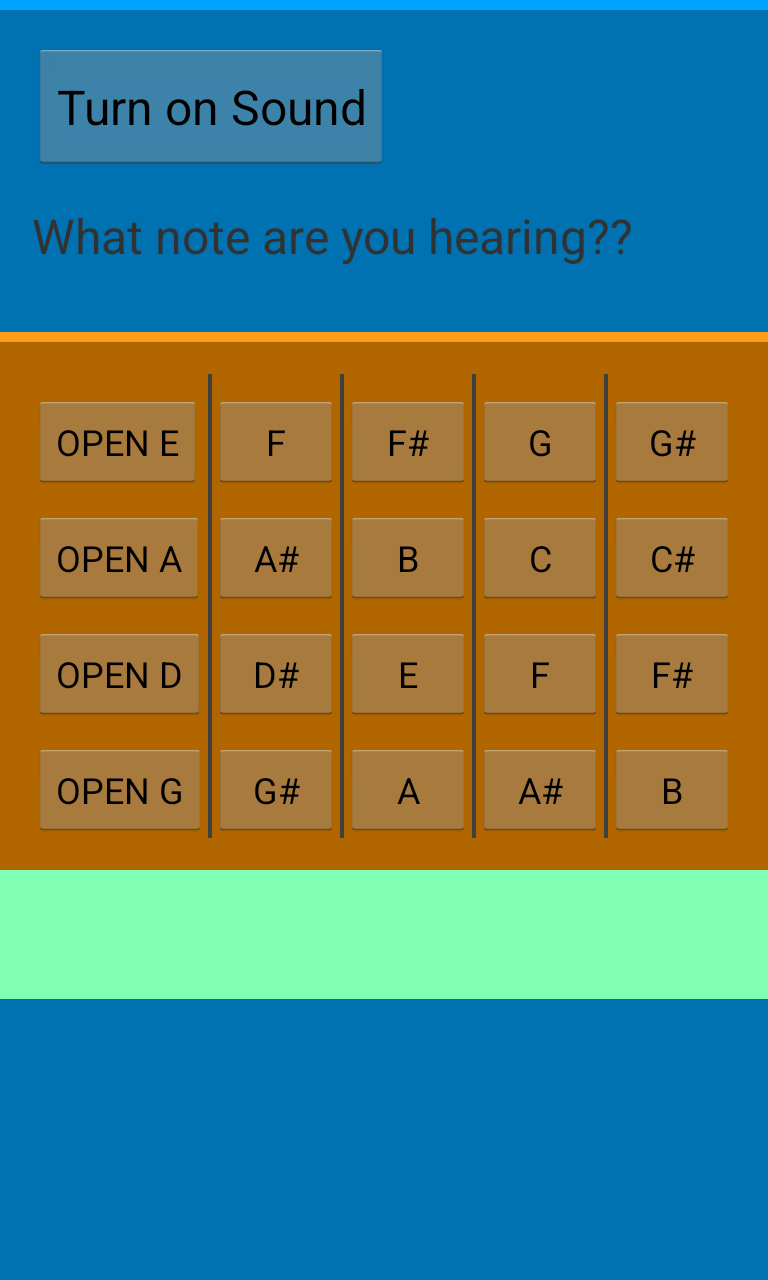
Repository: elliott-ribner/android-guitar-trainer
Layout: randomnotegenerator/res/layout/activity_main.xml
The author's editor kept a copy of each file at every save. The layout is drawn from the files as they stood at one save, then again after the next save.
It is drawn on a 768 x 1280 px phone screen (xhdpi) without system bars, with theme AppTheme; the app's code is not run.

Above is the layout before, as saved 2014-06-09 01:00:01.

### randomnotegenerator/res/layout/activity_main.xml
<LinearLayout xmlns:android="http://schemas.android.com/apk/res/android"
    xmlns:tools="http://schemas.android.com/tools"
    android:layout_width="match_parent"
    android:layout_height="match_parent"
    android:background="#0072B2"
    android:orientation="vertical"
    tools:context="com.elliott.randomnotegenerator.MainActivity$PlaceholderFragment" >

    <LinearLayout
        android:layout_width="fill_parent"
        android:layout_height="5dip"
        android:background="#00A3FF"

        android:paddingBottom="@dimen/activity_vertical_margin"
        android:paddingLeft="@dimen/activity_horizontal_margin"
        android:paddingRight="@dimen/activity_horizontal_margin"
        android:paddingTop="@dimen/activity_vertical_margin" />
    <LinearLayout
        android:layout_width="fill_parent"
        android:layout_height="wrap_content"

        android:orientation="vertical"
        android:paddingBottom="@dimen/activity_vertical_margin"
        android:paddingLeft="@dimen/activity_horizontal_margin"
        android:paddingRight="@dimen/activity_horizontal_margin"
        android:paddingTop="@dimen/activity_vertical_margin" >

        <Button
            android:id="@+id/ButtonPlay"
            android:layout_width="wrap_content"
            android:layout_height="wrap_content"
            android:paddingBottom="@dimen/activity_vertical_margin"
            android:paddingTop="@dimen/activity_vertical_margin"
            android:text="@string/play"
            android:textSize="24sp" />

        <TextView
            android:id="@+id/promptBox"
            android:layout_width="wrap_content"
            android:layout_height="wrap_content"
            android:paddingBottom="@dimen/activity_vertical_margin"
            android:paddingTop="@dimen/activity_vertical_margin"
            android:text="@string/prompt"
            android:textSize="24sp" />
    </LinearLayout>
<LinearLayout
        android:layout_width="fill_parent"
        android:layout_height="5dip"
        android:background="#FF9C19"

        android:paddingBottom="@dimen/activity_vertical_margin"
        android:paddingLeft="@dimen/activity_horizontal_margin"
        android:paddingRight="@dimen/activity_horizontal_margin"
        android:paddingTop="@dimen/activity_vertical_margin" />

        <LinearLayout
            android:layout_width="fill_parent"
            android:layout_height="wrap_content"
             android:background="#B26600"
            android:orientation="horizontal"
            android:paddingBottom="@dimen/activity_vertical_margin"
        android:paddingLeft="@dimen/activity_horizontal_margin"
        android:paddingRight="@dimen/activity_horizontal_margin"
        android:paddingTop="@dimen/activity_vertical_margin"  >

            <LinearLayout
                android:layout_width="wrap_content"
                android:layout_height="wrap_content"
                android:orientation="vertical" >

                <Button
                    android:id="@+id/ButtonEL"
                    android:layout_width="wrap_content"
                    android:layout_height="wrap_content"
                    android:layout_marginTop="10dp"
                    android:text="@string/el" />

                <Button
                    android:id="@+id/ButtonAL"
                    android:layout_width="wrap_content"
                    android:layout_height="wrap_content"
                    android:layout_marginTop="10dp"
                    android:text="@string/al" />

                <Button
                    android:id="@+id/ButtonD"
                    android:layout_width="wrap_content"
                    android:layout_height="wrap_content"
                    android:layout_marginTop="10dp"
                    android:text="@string/d" />

                <Button
                    android:id="@+id/ButtonG"
                    android:layout_width="wrap_content"
                    android:layout_height="wrap_content"
                    android:layout_marginTop="10dp"
                    android:text="@string/g" />
            </LinearLayout>

            <View
                android:layout_width="2dip"
                android:layout_height="fill_parent"
                android:background="#404040" />

            <LinearLayout
                android:layout_width="wrap_content"
                android:layout_height="wrap_content"
                android:orientation="vertical" >

                <Button
                    android:id="@+id/ButtonFL"
                    android:layout_width="wrap_content"
                    android:layout_height="wrap_content"
                    android:layout_marginTop="10dp"
                    android:text="@string/fl" />

                <Button
                    android:id="@+id/ButtonASL"
                    android:layout_width="wrap_content"
                    android:layout_height="wrap_content"
                    android:layout_marginTop="10dp"
                    android:text="@string/asl" />

                <Button
                    android:id="@+id/ButtonDS"
                    android:layout_width="wrap_content"
                    android:layout_height="wrap_content"
                    android:layout_marginTop="10dp"
                    android:text="@string/ds" />

                <Button
                    android:id="@+id/ButtonGS"
                    android:layout_width="wrap_content"
                    android:layout_height="wrap_content"
                    android:layout_marginTop="10dp"
                    android:text="@string/gs" />
            </LinearLayout>

            <View
                android:layout_width="2dip"
                android:layout_height="fill_parent"
                android:background="#404040" />

            <LinearLayout
                android:layout_width="wrap_content"
                android:layout_height="wrap_content"
                android:orientation="vertical" >

                <Button
                    android:id="@+id/ButtonFSL"
                    android:layout_width="wrap_content"
                    android:layout_height="wrap_content"
                    android:layout_marginTop="10dp"
                    android:text="@string/fsl" />

                <Button
                    android:id="@+id/ButtonBL"
                    android:layout_width="wrap_content"
                    android:layout_height="wrap_content"
                    android:layout_marginTop="10dp"
                    android:text="@string/bl" />

                <Button
                    android:id="@+id/ButtonE"
                    android:layout_width="wrap_content"
                    android:layout_height="wrap_content"
                    android:layout_marginTop="10dp"
                    android:text="@string/e" />

                <Button
                    android:id="@+id/ButtonA"
                    android:layout_width="wrap_content"
                    android:layout_height="wrap_content"
                    android:layout_marginTop="10dp"
                    android:text="@string/a" />
            </LinearLayout>

            <View
                android:layout_width="2dip"
                android:layout_height="fill_parent"
                android:background="#404040" />

            <LinearLayout
                android:layout_width="wrap_content"
                android:layout_height="wrap_content"
                android:orientation="vertical" >

                <Button
                    android:id="@+id/ButtonGL"
                    android:layout_width="wrap_content"
                    android:layout_height="wrap_content"
                    android:layout_marginTop="10dp"
                    android:text="@string/gl" />

                <Button
                    android:id="@+id/ButtonC"
                    android:layout_width="wrap_content"
                    android:layout_height="wrap_content"
                    android:layout_marginTop="10dp"
                    android:text="@string/c" />

                <Button
                    android:id="@+id/ButtonF"
                    android:layout_width="wrap_content"
                    android:layout_height="wrap_content"
                    android:layout_marginTop="10dp"
                    android:text="@string/f" />

                <Button
                    android:id="@+id/ButtonAS"
                    android:layout_width="wrap_content"
                    android:layout_height="wrap_content"
                    android:layout_marginTop="10dp"
                    android:text="@string/as" />
            </LinearLayout>

            <View
                android:layout_width="2dip"
                android:layout_height="fill_parent"
                android:background="#404040" />

            <LinearLayout
                android:layout_width="wrap_content"
                android:layout_height="wrap_content"
                android:orientation="vertical" >

                <Button
                    android:id="@+id/ButtonGSL"
                    android:layout_width="wrap_content"
                    android:layout_height="wrap_content"
                    android:layout_marginTop="10dp"
                    android:text="@string/gsl" />

                <Button
                    android:id="@+id/ButtonCS"
                    android:layout_width="wrap_content"
                    android:layout_height="wrap_content"
                    android:layout_marginTop="10dp"
                    android:text="@string/cs" />

                <Button
                    android:id="@+id/ButtonFS"
                    android:layout_width="wrap_content"
                    android:layout_height="wrap_content"
                    android:layout_marginTop="10dp"
                    android:text="@string/fs" />

                <Button
                    android:id="@+id/ButtonB"
                    android:layout_width="wrap_content"
                    android:layout_height="wrap_content"
                    android:layout_marginTop="10dp"
                    android:text="@string/b" />
            </LinearLayout>

        </LinearLayout>





         <LinearLayout
        android:layout_width="fill_parent"
        android:layout_height="wrap_content"
        android:orientation="vertical"
        android:background="#80FFB3"
        android:paddingBottom="@dimen/activity_vertical_margin"
        android:paddingLeft="@dimen/activity_horizontal_margin"
        android:paddingRight="@dimen/activity_horizontal_margin"
        android:paddingTop="@dimen/activity_vertical_margin" >

        <TextView
            android:id="@+id/resultBox"
            android:layout_width="wrap_content"
            android:layout_height="wrap_content"
            android:text="@string/result"
            android:textSize="24sp" />
    </LinearLayout>

</LinearLayout>

### randomnotegenerator/res/values/strings.xml
<?xml version="1.0" encoding="utf-8"?>
<resources>

    <string name="app_name">Bass Guitar Ear Trainer</string>
    <string name="hello_world">Hello world!</string>
    <string name="action_settings">Settings</string>
	<string name="play">Turn on Sound</string>
	<string name="prompt">What note are you hearing??</string>
	<string name="result"></string>
	<string name="c">C</string>
	<string name="cs">C#</string>
	<string name="d">OPEN D</string>
	<string name="ds">D#</string>
	<string name="e">E</string>
	<string name="f">F</string>
	<string name="fs">F#</string>
	<string name="g">OPEN G</string>
	<string name="gs">G#</string>
	<string name="a"> A</string>
	<string name="as">A#</string>
	<string name="b">B</string>
	<string name="el">OPEN E</string>
	<string name="fl">F</string>
	<string name="fsl">F#</string>
	<string name="gl">G</string>
	<string name="gsl">G#</string>
	<string name="al">OPEN A</string>
	<string name="asl">A#</string>
	<string name="bl">B</string>

</resources>

Loaded but not shown: randomnotegenerator/res/values/styles.xml (common file); randomnotegenerator/res/values-v11/styles.xml (common file); randomnotegenerator/res/values-v14/styles.xml (common file); randomnotegenerator/res/values/dimens.xml (common file); randomnotegenerator/res/values-w820dp/dimens.xml (common file)

After the next save:
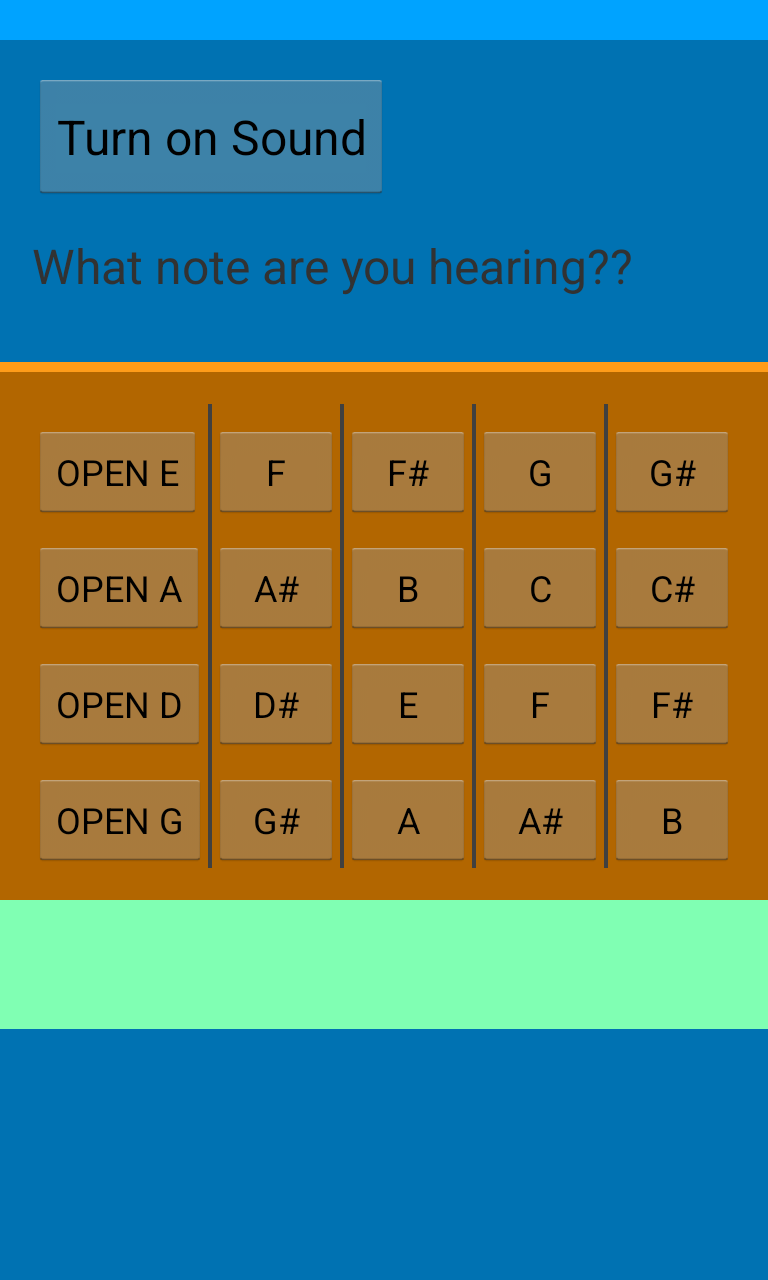
Saved 17 s later.
--- a/randomnotegenerator/res/layout/activity_main.xml
+++ b/randomnotegenerator/res/layout/activity_main.xml
@@ -8,7 +8,7 @@
 
     <LinearLayout
         android:layout_width="fill_parent"
-        android:layout_height="5dip"
+        android:layout_height="20dip"
         android:background="#00A3FF"
 
         android:paddingBottom="@dimen/activity_vertical_margin"
